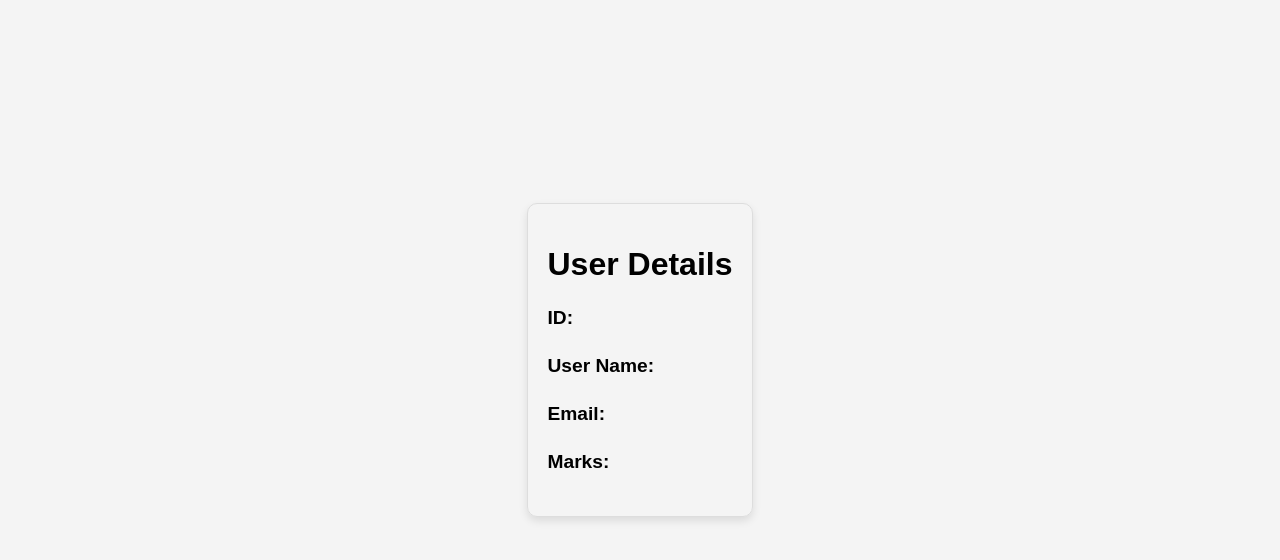
Repository: chetanchavan30/Optifyx
Page: http://localhost/OnlineExaminationSystem/view.jsp
These files come from the project's save history. The page is drawn as it stood at one moment and after the next save; the edit follows.
The browser window is 1280 px wide. The pictures show the whole page.
The page is served by Tomcat 10. Other server files are loaded and not shown.

Above is the page before, as saved 2025-01-25 19:39:38.

### OnlineExaminationSystem/src/main/webapp/view.jsp
<!DOCTYPE html>
<html lang="en">
<head>
    <meta charset="UTF-8">
    <meta name="viewport" content="width=device-width, initial-scale=1.0">
    <title>User Details</title>
    <link rel="stylesheet" href="styles.css">

</head>
<body>
    <div class="containerDetails">
        <h1>User Details</h1>
        <div class="user-details">
            <p><strong>ID:</strong> ${user.uId}</p>
            <p><strong>User Name:</strong> ${user.userName}</p>
            <p><strong>Email:</strong> ${user.email}</p>
            <p><strong>Marks:</strong> ${user.marks}</p>
        </div>
    </div>
</body>
</html>

### OnlineExaminationSystem/src/main/webapp/styles.css
@charset "UTF-8";
/* General Styles */
body {
	font-family: Arial, sans-serif;
	background-color: #f4f4f4;
	display: flex;
	justify-content: center;
	align-items: center;
	height: 100vh;
	margin: 0;
}

.form-container {
	background-color: #fff;
	padding: 30px;
	border-radius: 8px;
	box-shadow: 0 4px 8px rgba(0, 0, 0, 0.1);
	width: 300px;
}

.form-container h2 {
	text-align: center;
	margin-bottom: 20px;
}

.form-container input {
	width: 100%;
	padding: 10px;
	margin: 10px 0;
	border: 1px solid #ccc;
	border-radius: 5px;
}

.form-container button {
	width: 100%;
	padding: 10px;
	background-color: #4CAF50;
	color: white;
	border: none;
	border-radius: 5px;
	cursor: pointer;
}

.form-container button:hover {
	background-color: #45a049;
}

.form-container .links {
	text-align: center;
	margin-top: 10px;
}

.form-container .links a {
	color: #4CAF50;
	text-decoration: none;
}

.form-container .links a:hover {
	text-decoration: underline;
}

.container {
	text-align: center;
	background: white;
	padding: 2rem;
	border-radius: 10px;
	box-shadow: 0 4px 8px rgba(0, 0, 0, 0.1);
}

.container h1 {
	margin-bottom: 1.5rem;
}

.link-button {
	display: inline-block;
	margin: 0.5rem;
	padding: 0.75rem 1.5rem;
	font-size: 1rem;
	color: white;
	background-color: #4CAF50;
	text-decoration: none;
	border-radius: 5px;
	transition: background-color 0.3s;
}

.link-button:hover {
	background-color: #45a049;
}

.containerDetails {
            max-width: 600px;
            margin: 50px auto;
            padding: 20px;
            border: 1px solid #ddd;
            border-radius: 10px;
            box-shadow: 0 4px 8px rgba(0, 0, 0, 0.1);
            font-family: Arial, sans-serif;
        }
        .containerDetails h1 {
            text-align: center;
        }
        .user-details {
            margin-top: 20px;
        }
        .user-details p {
            font-size: 1.2rem;
            line-height: 1.5;
        }

After the next save:
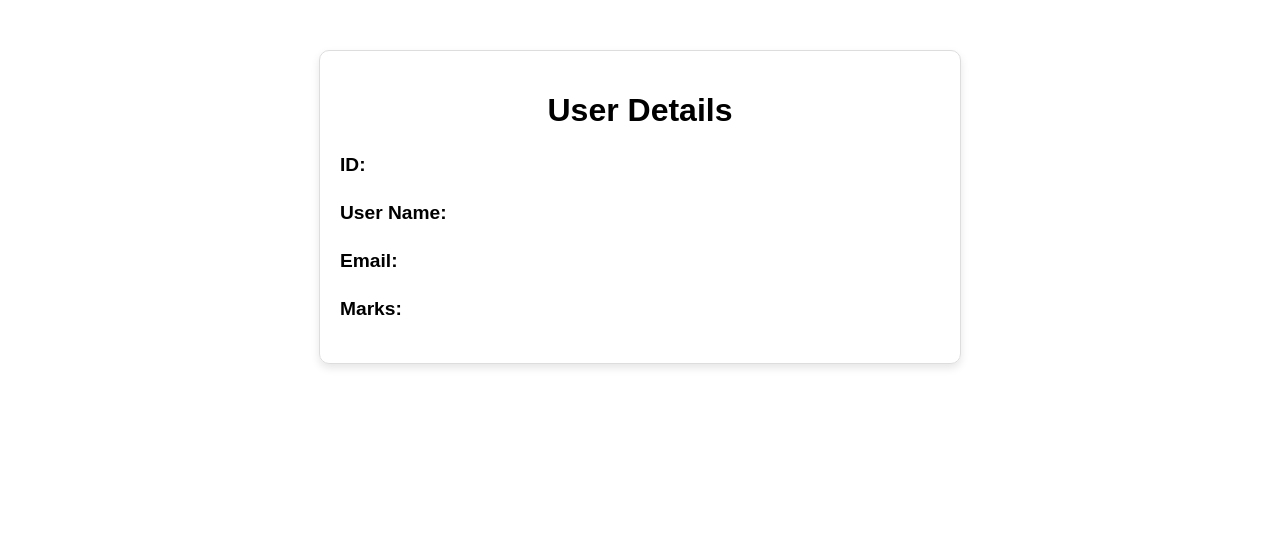
Saved 22 s later.
--- a/OnlineExaminationSystem/src/main/webapp/view.jsp
+++ b/OnlineExaminationSystem/src/main/webapp/view.jsp
@@ -4,11 +4,30 @@
     <meta charset="UTF-8">
     <meta name="viewport" content="width=device-width, initial-scale=1.0">
     <title>User Details</title>
-    <link rel="stylesheet" href="styles.css">
-
+    <style>
+        .container {
+            max-width: 600px;
+            margin: 50px auto;
+            padding: 20px;
+            border: 1px solid #ddd;
+            border-radius: 10px;
+            box-shadow: 0 4px 8px rgba(0, 0, 0, 0.1);
+            font-family: Arial, sans-serif;
+        }
+        .container h1 {
+            text-align: center;
+        }
+        .user-details {
+            margin-top: 20px;
+        }
+        .user-details p {
+            font-size: 1.2rem;
+            line-height: 1.5;
+        }
+    </style>
 </head>
 <body>
-    <div class="containerDetails">
+    <div class="container">
         <h1>User Details</h1>
         <div class="user-details">
             <p><strong>ID:</strong> ${user.uId}</p>
